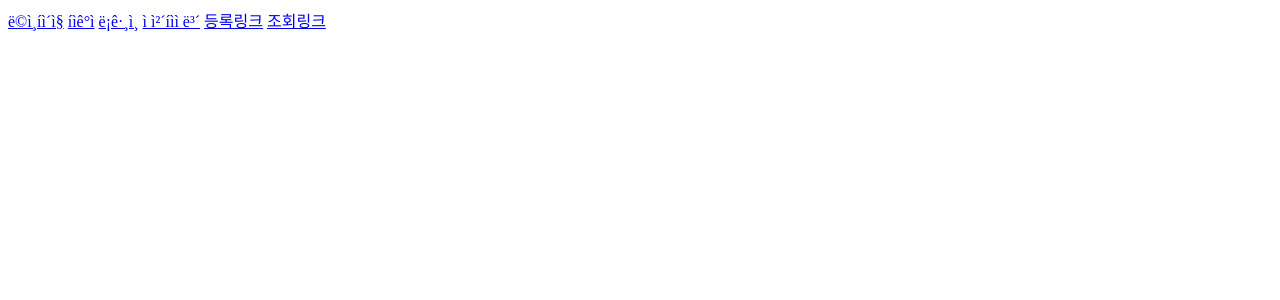
Repository: fellownew/web_workspace
Page: http://localhost/BankSystem_FrontController/
These files come from the project's save history. The page is drawn as it stood at one moment and after the next save; the edit follows.
The browser window is 1280 px wide. The pictures show the whole page.
The page is served by Tomcat 9. Nobody is signed in. The application's start-up code is not run. Other server files are loaded and not shown.

Above is the page before, as saved 2015-04-02 04:43:34.

### BankSystem_FrontController/WebContent/index.jsp
<%@ page contentType="text/html; charset=UTF-8" %>
<%@ include file="/main.jsp" %>
<!DOCTYPE html>
<html>
<head>
<meta charset="UTF-8">
<title>Main page</title>
</head>
<body>
	<a href="${initParam.rootPath }/FrontController?command=link&href=/WEB-INF/view/request/request1.jsp">등록링크</a>
	<a href="${initParam.rootPath }/FrontController?command=link&href=/WEB-INF/view/request/request2.jsp">조회링크</a>
</body>
</html>

### BankSystem_FrontController/WebContent/main.jsp
<a href="/MemberManager_team1/index.jsp">메인페이지</a>
<a href="/MemberManager_team1/controller?command=link&path=/WEB-INF/member/register_form.jsp">회원가입</a>
<a href="/MemberManager_team1/controller?command=link&path=/WEB-INF/member/login_form.jsp">로그인</a>
<a href="/MemberManager_team1/controller?command=memberAllList">전체회원정보</a>

After the next save:
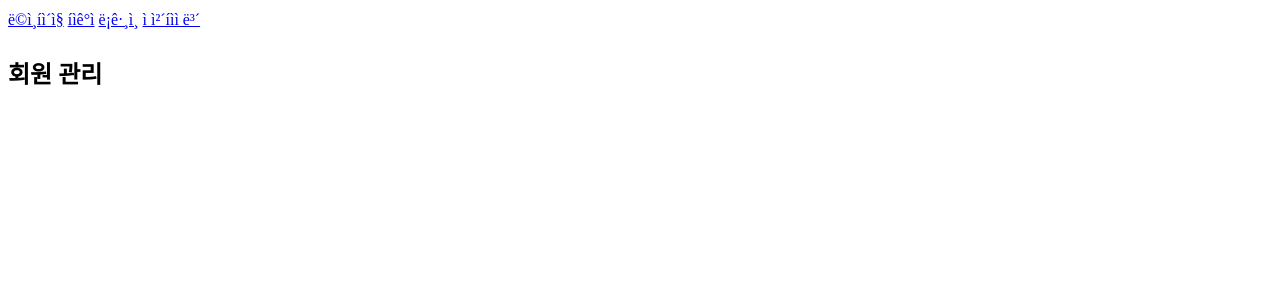
Saved 1 s later.
--- a/BankSystem_FrontController/WebContent/index.jsp
+++ b/BankSystem_FrontController/WebContent/index.jsp
@@ -7,7 +7,9 @@
 <title>Main page</title>
 </head>
 <body>
-	<a href="${initParam.rootPath }/FrontController?command=link&href=/WEB-INF/view/request/request1.jsp">등록링크</a>
-	<a href="${initParam.rootPath }/FrontController?command=link&href=/WEB-INF/view/request/request2.jsp">조회링크</a>
+	<h2>회원 관리</h2>
+
+
+
 </body>
 </html>
